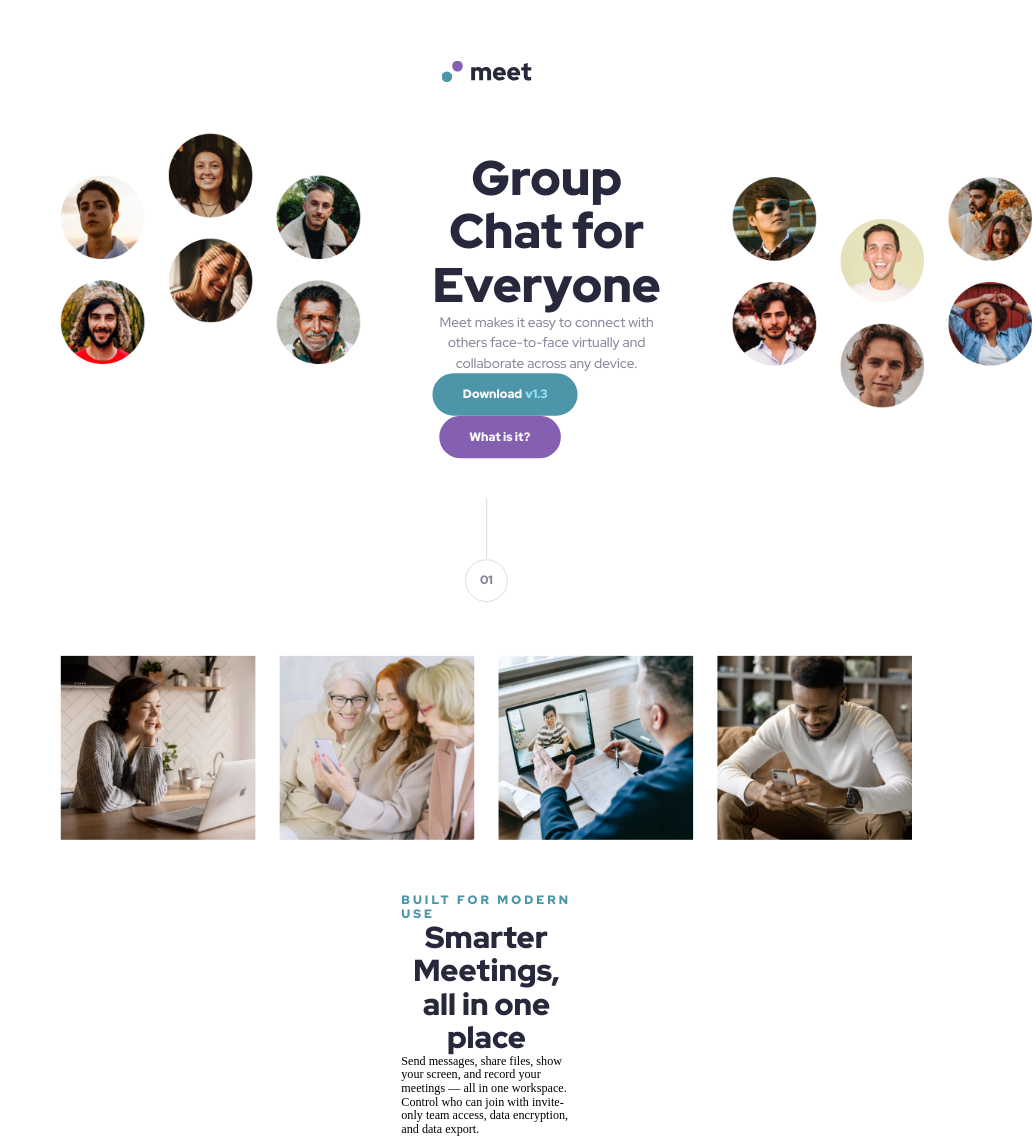
Repository: brandontaylor1/meet-landing-page
Page: index.html
An editor plug-in stored every save of this project. The page is shown before and after the next save, followed by the edit.
The browser window is 1280 px wide. The page is 1358 px wide, so the pictures cover 1358 px, including what lies to the right of the window. The pictures show the whole page, at 76% of full size.

Above is the page before, as saved 2025-01-11 22:03:54.

### index.html
<!DOCTYPE html>
<html lang="en">
<head>
    <meta charset="UTF-8">
    <meta name="viewport" content="width=device-width, initial-scale=1.0">
    <link rel="preconnect" href="https://fonts.googleapis.com">
    <link rel="preconnect" href="https://fonts.gstatic.com" crossorigin>
    <link href="https://fonts.googleapis.com/css2?family=Red+Hat+Display:ital,wght@0,300..900;1,300..900&display=swap" rel="stylesheet">
    <link rel="stylesheet" href="styles.css">
    <title>Meet Landing Page</title>
</head>
<body>
    <nav class="navbar">
        <div class="logo-container">
            <img src="./assets/images/logo.svg" alt="meet logo">
        </div>
    </nav>
    <section class="hero-section">
        <img src="./assets/images/image-hero-left.png" class="left-faces" alt="Left Faces">
        <div class="hero-content">
            <h1>Group Chat for Everyone</h1>
            <p>Meet makes it easy to connect with others face-to-face virtually and collaborate across any device.</p>
            <div class="btn-container">
                <button class="hero-btn" id="downloadBtn">Download<span>v1.3</span></button>
                <button class="hero-btn" id="whatisitBtn">What is it?</button>
            </div>
        </div>
        <img src="./assets/images/image-hero-right.png" class="right-faces" alt="Right Faces">
    </section>

    <section class="main-content">
        <div class="content">
            <div class="design-container">
                <div class="gray-line"></div>
                <div class="gray-circle">01</div>
            </div>
            <div class="image-container">
                <img src="./assets/images/image-woman-in-videocall.jpg" alt="woman on video call">
                <img src="./assets/images/image-women-videochatting.jpg" alt="women vidoechatting">
                <img src="./assets/images/image-men-in-meeting.jpg" alt="men in a meeting">
                <img src="./assets/images/image-man-texting.jpg" alt="man texting">
            </div>
            <div class="text-container">
                <h3>Built for Modern Use</h3>
                <h2>Smarter Meetings, all in one place</h2>
                <p>Send messages, share files, show your screen, and record your meetings — all in one workspace. Control who can join with invite-only team access, data encryption, and data export.</p>
            </div>
        </div>
    </section>

</body>
</html>

### styles.css
* {
    margin: 0;
    padding: 0;
    box-sizing: border-box
}

:root {
    --color-white: #FAFAFA;
    --color-slate: #87879D;
    --color-lightslate: #D1D1DF;
    --color-darkslate: #28283D;
    --color-cyan: #4D96A9;
    --color-purple: #855FB1;
    --color-lightcyan: #8FE3F9;
    --color-lightpurple: #D9B8FF;

}

.navbar {
    display: flex;
    padding: 80px 80px 0px 80px;
    flex-direction: column;
    justify-content: flex-end;
    align-items: center;
    gap: var(--spacing-100, 8px);
    align-self: stretch;

}

.hero-section {
    display: flex;
    justify-content: space-between;
    align-items: center;
    padding: 64px 80px;
    height: 488px;
}

.left-faces {
    padding-right: 95px;
    padding-bottom: 57px;
}

.right-faces {
    padding-left: 95px;
    padding-top: 57px;
}

.hero-content {
    display: flex;
    flex-direction: column;
    align-items: center;
    justify-content: space-between;
    width: 448px;
    height: 314px;

}

.hero-content h1 {
    font-family: "Red Hat Display", sans-serif;
    font-size: 4rem;
    font-weight: 900;
    line-height: 110%;
    color: var(--color-darkslate);
    text-align: center;
}

.hero-content p {
    font-family: "Red Hat Display", sans-serif;
    font-size: 18px;
    font-weight: 500;
    line-height: 150%;
    color: var(--color-slate);
    text-align: center;

}

.hero-btn {
    padding: 16px 40px;
    border-radius: 29px;
    border: none;

}

#downloadBtn {
    background-color: var(--color-cyan);
    color: var(--color-white);
    font-size: 16px;
    font-family: "Red Hat Display", sans-serif;
    font-weight: 900;
    line-height: 150%;
    margin-right: 8.5px;
}

#downloadBtn span {
    margin-left: 4px;
    color: var(--color-lightcyan);

}

#whatisitBtn {
    background-color: var(--color-purple);
    color: var(--color-white);
    font-size: 16px;
    font-family: "Red Hat Display", sans-serif;
    font-weight: 900;
    line-height: 150%;
    margin-left: 8.5px;
}

.main-content {
    display: flex;
    flex-direction: column;
    align-items: center;
    justify-content: center;
    height: 883px;
    padding: 56px 80px 72px 80px;
}

.content {
    display: flex;
    flex-direction: column;
    align-items: center;
    justify-content: space-between;
    height: 755px;
}

.design-container {
    display: flex;
    justify-content: center;
    align-items: center;
    flex-direction: column;

}

.gray-line {
    width: 1px;
    height: 80px;
    background-color:  var(--color-lightslate);
}

.gray-circle {
    width: 56px;
    height: 56px;
    display: flex;
    align-items: center;
    justify-content: center;
    border-radius: 50%;
    border: 1px solid var(--color-lightslate);
    color: var(--color-slate);
    font-size: 16px;
    font-family: "Red Hat Display", sans-serif;
    font-weight: 900;
    line-height: 150%;
}

.image-container {
    display: grid;
    grid-template-columns: repeat(4, 1fr);
    gap: 32px;
}

.image-container img {
    width: 256px;
    height: auto;
}

.text-container {
    padding: 0 448px;
    height: 235px;
    display: flex;
    flex-direction: column;
    align-items: center;
    justify-content: space-between;
}

.text-container h3 {
    font-family: "Red Hat Display", sans-serif;
    font-size: 16px;
    font-weight: 900;
    line-height: 110%;
    text-transform: uppercase;
    letter-spacing: 4px;
    color: var(--color-cyan);
}

.text-container h2 {
    font-family: "Red Hat Display", sans-serif;
    font-size: 40px;
    font-style: normal;
    font-weight: 900;
    line-height: 110%;
    text-align: center;
    color: var(--color-darkslate);
}

After the next save:
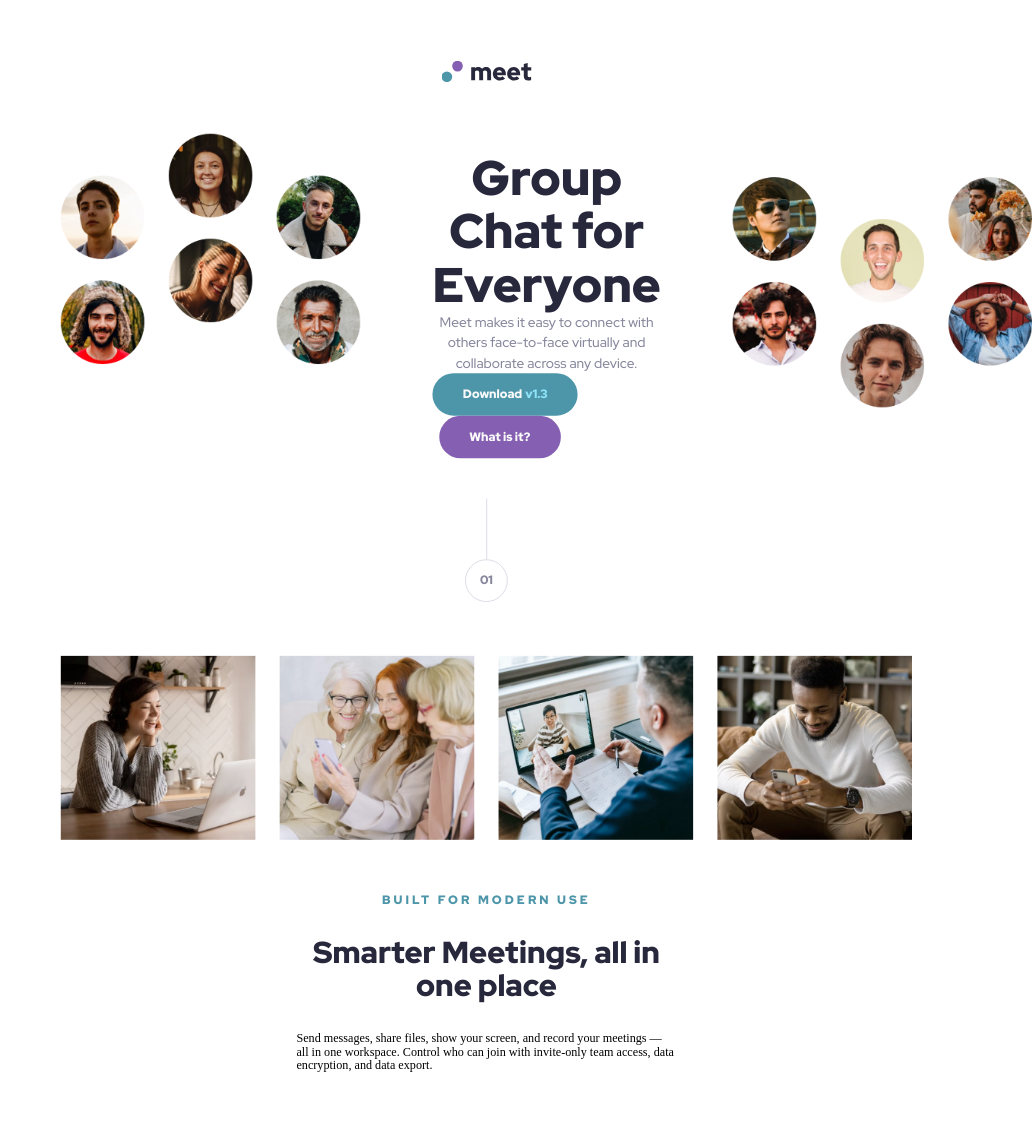
Saved 19 s later.
--- a/styles.css
+++ b/styles.css
@@ -165,7 +165,7 @@
 }
 
 .text-container {
-    padding: 0 448px;
+    width: 500px;
     height: 235px;
     display: flex;
     flex-direction: column;
